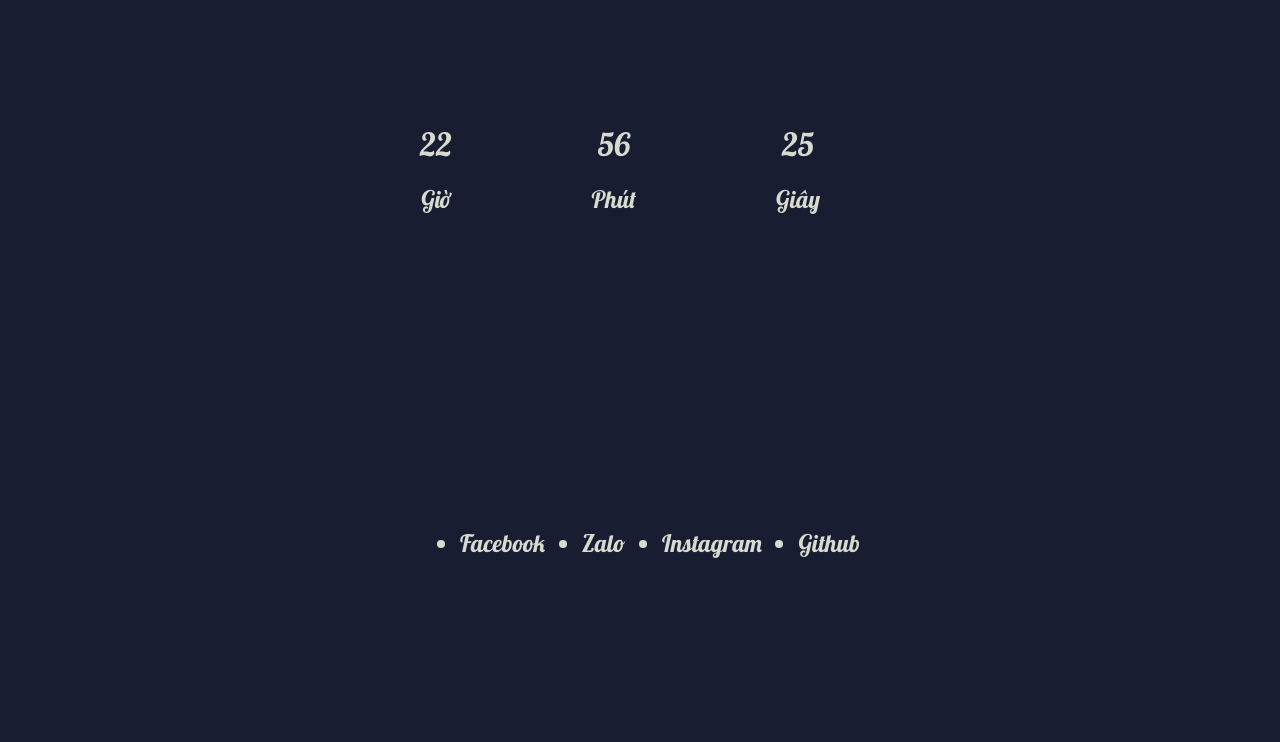
Repository: Dangtrinh28/myWatch
Page: index.html
The author's editor kept a copy of each file at every save. The page is drawn from the files as they stood at one save, then again after the next save.
The browser window is 1280 px wide. The pictures show the whole page.

Above is the page before, as saved 2022-12-06 23:49:50.

After the next save:
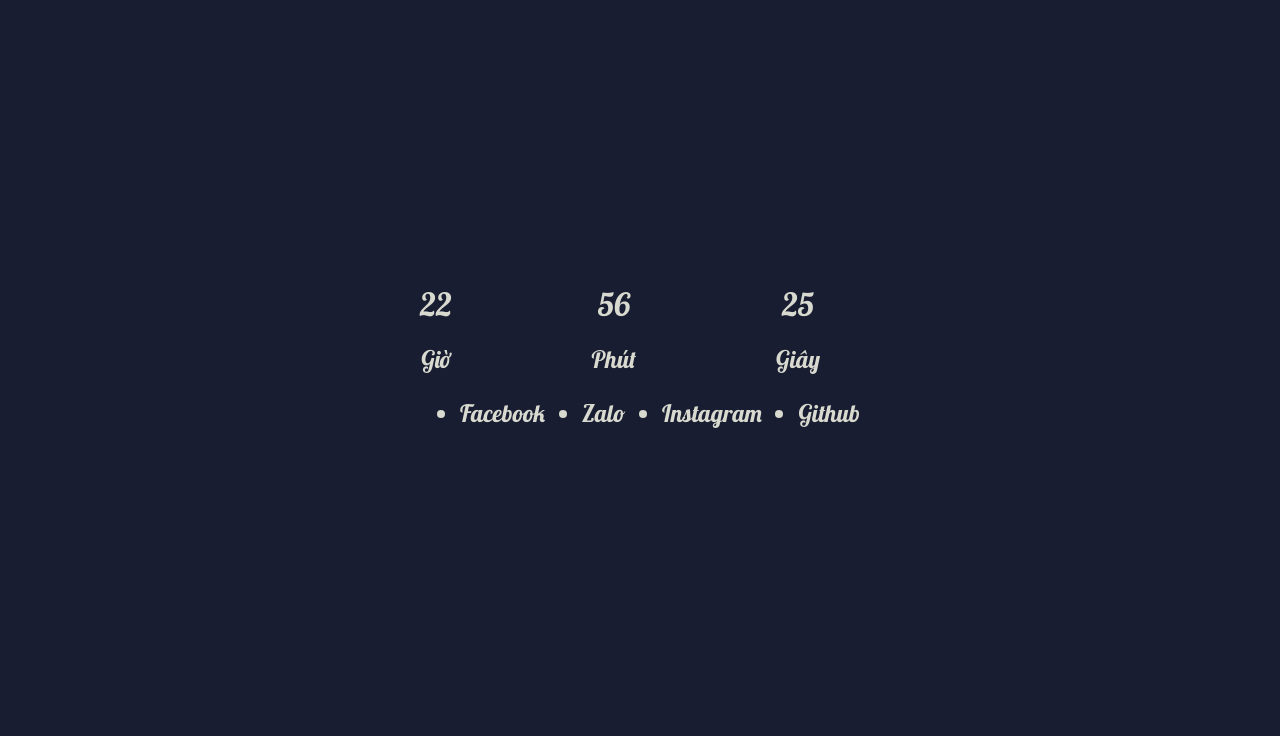
Saved 27 s later.
--- a/styles/main.css
+++ b/styles/main.css
@@ -20,7 +20,6 @@ body {
 .contact ,
 .watch_list {
     width: 400px;
-    height: 350px;
     text-align: center;
     display: flex;
     justify-content: space-between;
